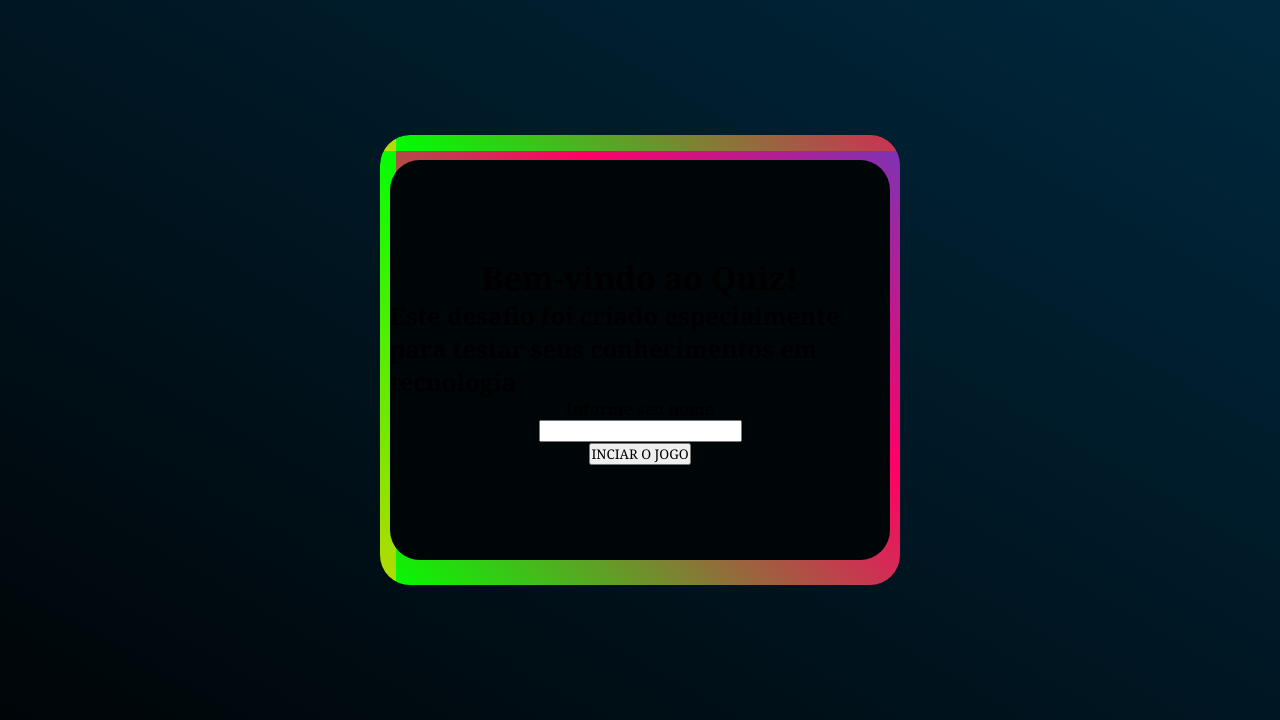
Repository: LaisSilvaO/Projeto-Quizz
Page: telas/apresentação.html
An editor plug-in stored every save of this project. The page is shown before and after the next save, followed by the edit.
The browser window is 1280 px wide. The pictures show the whole page.

Above is the page before, as saved 2024-12-25 19:50:14.

### telas/apresentação.html
<!DOCTYPE html>
<html lang="pt-br">

<head>
    <meta charset="UTF-8">
    <meta name="viewport" content="width=device-width, initial-scale=1.0">
    <title>Quiz</title>
    <link rel="stylesheet" href="../img/tela.css">
</head>

<body>
    <div class="box1">
        <div class="box2">
            <H1> Bem-vindo ao Quiz!</H1>

            <h2>Este desafio foi criado especialmente para testar seus conhecimentos em tecnologia


            </h2>
            <h4>Informe seu nome </h4>
            <input type="text" id="nome">
            <A href="index.html">
                <h4><button>INCIAR O JOGO</button></h4>
            </A>
        </div>
    </div>

</body>

</html>

### img/tela.css
* {
  margin: 0;
  padding: 0;
  box-sizing: border-box;
  font-family: Cambria, Cochin, Georgia, Times, 'Times New Roman', serif;
}

body {
  height: 100vh;
  display: flex;
  justify-content: center;
  align-items: center;
  background: linear-gradient(210deg, #00283d, #000508);
}

main {
  background-color: white;
  padding: 10px;
  border-radius: 10px;
  width: 100%;
  max-width: 600px;
  min-height: 400px;
  display: flex;
  justify-content: center;
  align-items: center;
}

.box1{
  position: relative;
  width: 520px;
  height: 450px;

  border-radius: 30px;
  display: flex;
  justify-content: center;
  align-items: center;
  flex-direction: column;
  overflow: hidden;

}
.box2 {
  position: relative;
  width: 500px;
  height: 400px;
  background-color: #000508;
  border-radius: 30px;
  display: flex;
  justify-content: center;
  align-items: center;
  flex-direction: column;
  overflow: hidden;
}

/* Borda animada externa */
.box1::before {
  content: '';
  position: absolute;
  top: 0;
  left: 0;
  width: 100%;
  height: 100%;
  border-radius: 30px;
  border: 16px solid transparent; /* Espessura da borda aumentada */
  background-image: linear-gradient(45deg, #00ff00, #ff0066, #0066ff, #ffcc00, #00ff00);
  background-size: 400%; /* Aumenta o tamanho da animação da borda */
  animation: borderAnimation 3s linear infinite;
  z-index: -1; /* Garante que a borda fique atrás do conteúdo */
}

@keyframes borderAnimation {
  0% {
    background-position: 400% 0%;
  }
  25% {
    background-position: 0% 0%;
  }
  50% {
    background-position: 0% 400%;
  }
  75% {
    background-position: 400% 400%;
  }
  100% {
    background-position: 400% 0%;
  }
}

After the next save:
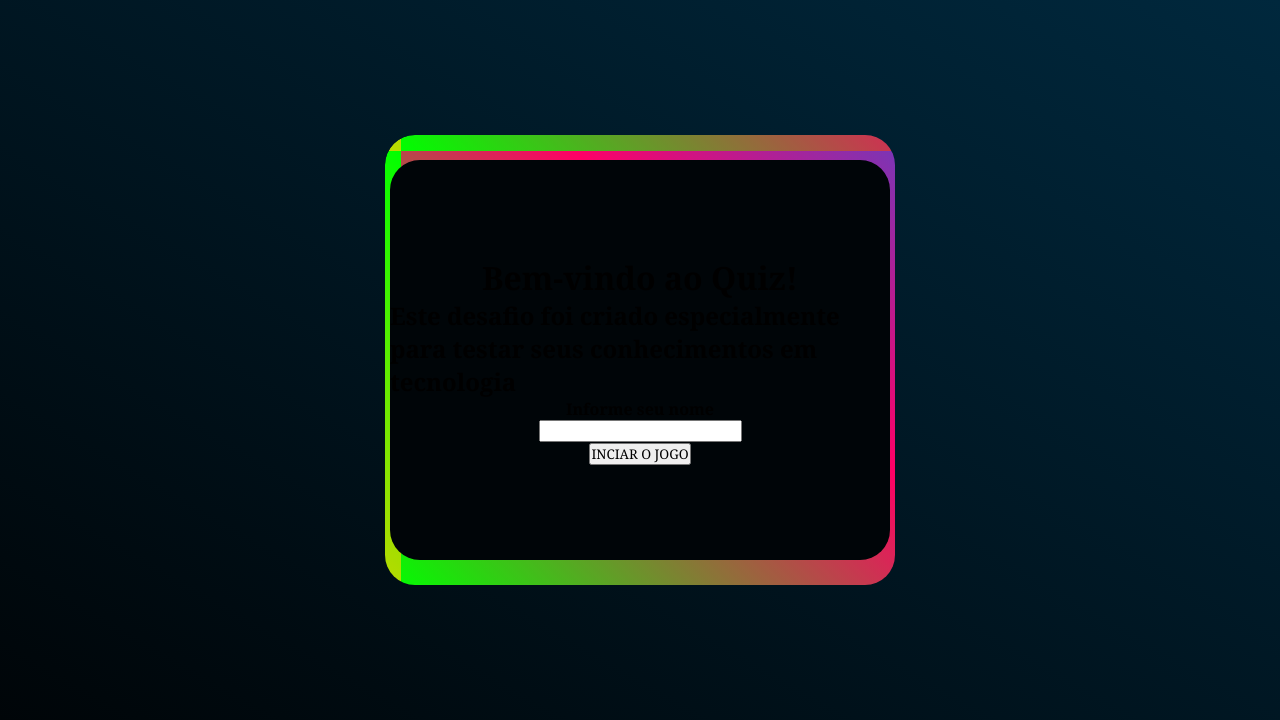
Saved 14 s later.
--- a/img/tela.css
+++ b/img/tela.css
@@ -27,7 +27,7 @@ main {
 
 .box1{
   position: relative;
-  width: 520px;
+  width: 510px;
   height: 450px;
 
   border-radius: 30px;
